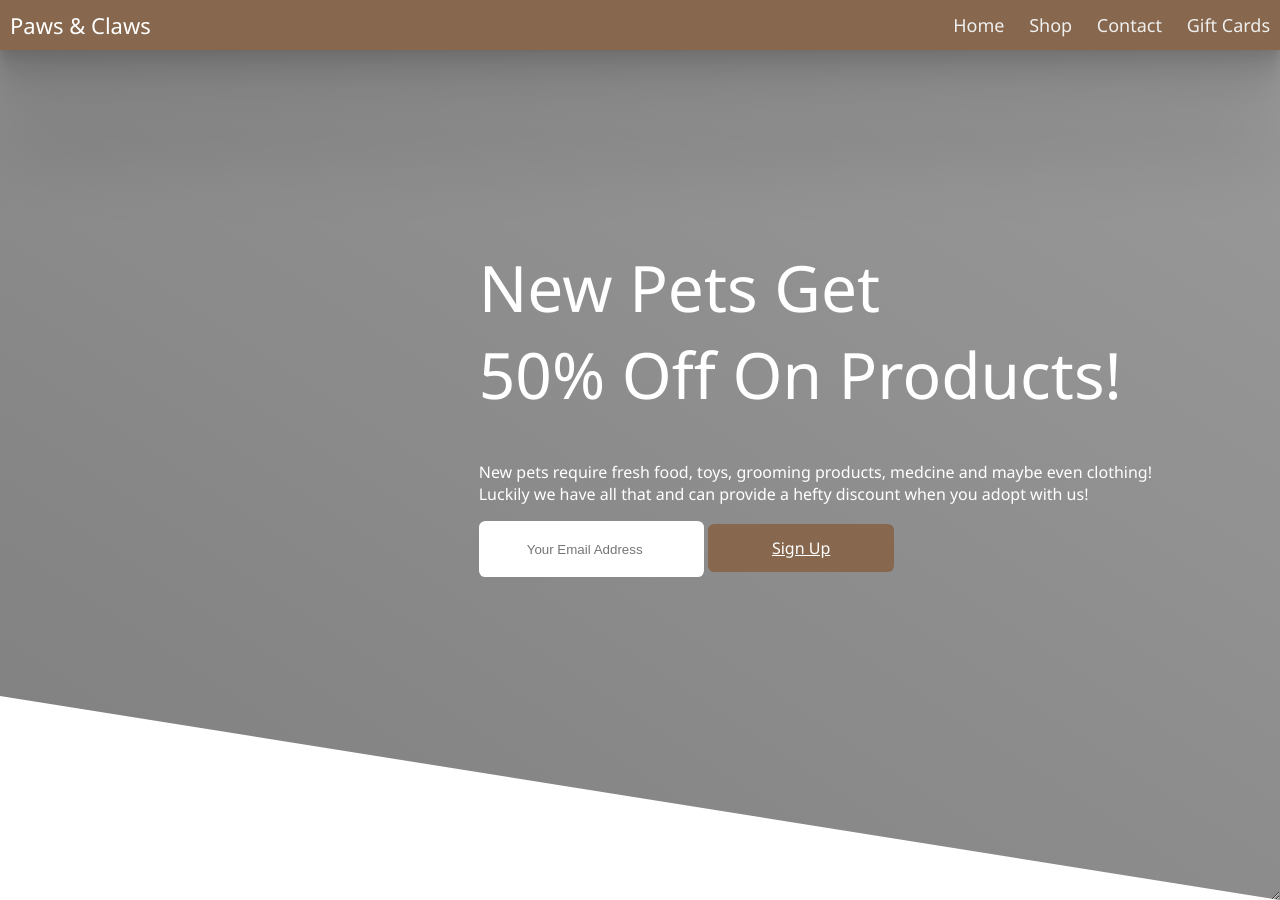
Repository: LtGriff/petProject
Page: dist/about.html
An editor plug-in stored every save of this project. The page is shown before and after the next save, followed by the edit.
The browser window is 1280 px wide. The pictures show the whole page.
Backgrounds fixed to the window are drawn as part of the page.

Above is the page before, as saved 2022-05-19 08:01:11.
Not found: dist/img/catpink2.jpg

After the next save:
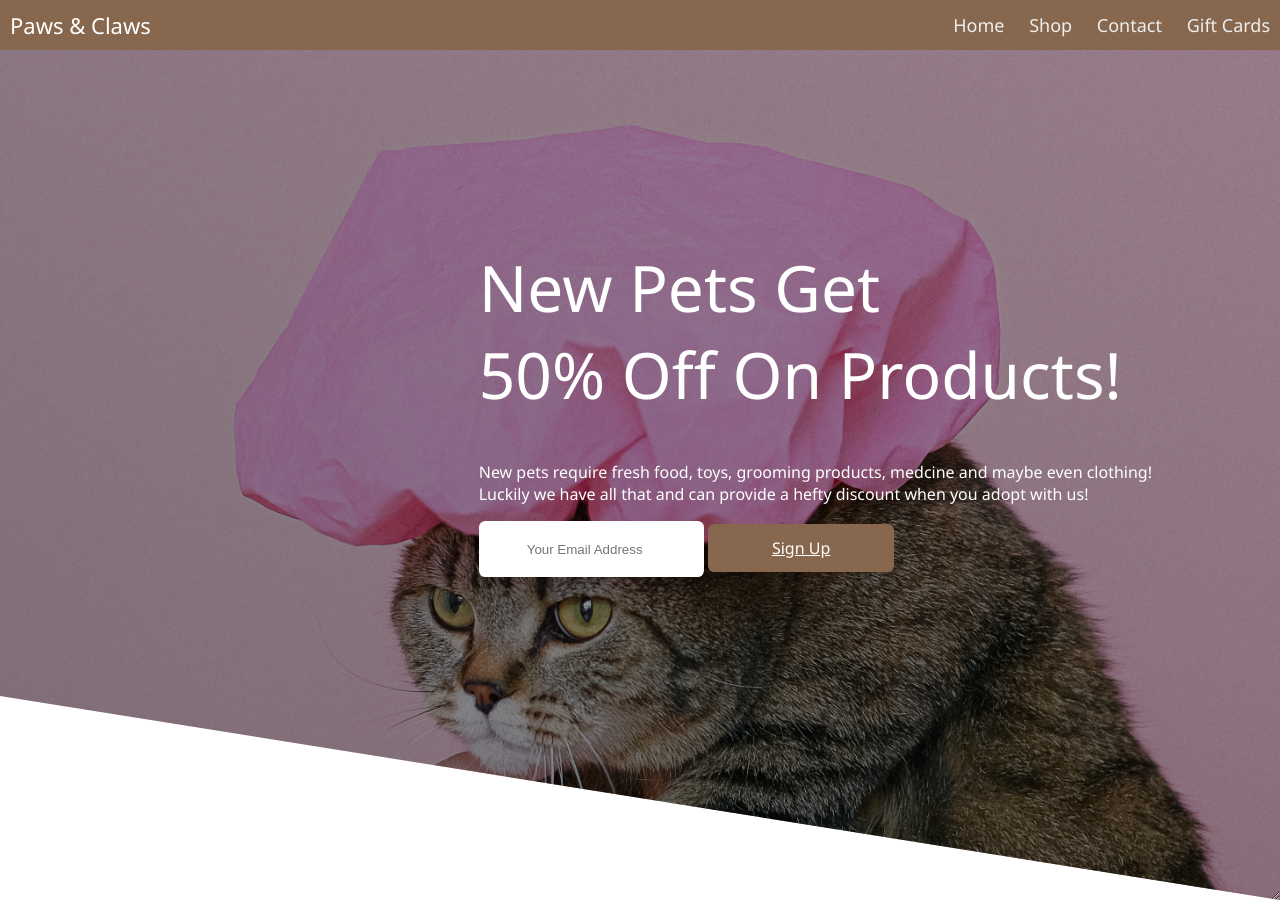
Saved 14 s later.
--- a/dist/CSS/about.css
+++ b/dist/CSS/about.css
@@ -76,7 +76,7 @@
         to left bottom,
         rgba(0, 0, 0, 0.4),
         rgba(0, 0, 0, 0.5)),
-    url("../img/catpink2.jpg");
+    url("../img/catpink.jpg");
     background-attachment: fixed;
     background-size: cover;
     background-repeat: no-repeat;
